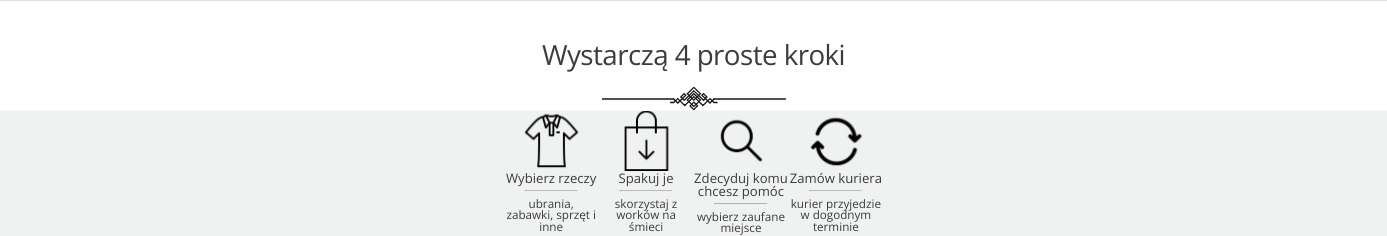
Repository: tomekwoojcik/oddam-w-dobre-rence
Page: /
An editor plug-in stored every save of this project. The page is shown before and after the next save, followed by the edit.
The browser window is 1280 px wide. The page is 1900 px wide, so the pictures cover 1900 px, including what lies to the right of the window. The pictures show the part of the page from y = 1347 to 2498 px (the page is 1670 px tall before and 2498 px after), at 73% of full size.
The project was rebuilt for these pictures with package versions that can differ from the ones it lists, and the page was loaded fresh each time. Also part of the build but not shown: src/pages/logIn/logIn.js, src/pages/register/register.js.

Above is the page before, as saved 2022-12-08 07:55:59.

### public/index.html
<!DOCTYPE html>
<html lang="en">
  <head>
    <meta charset="utf-8" />
    <link rel="icon" href="%PUBLIC_URL%/favicon.ico" />
    <meta name="viewport" content="width=device-width, initial-scale=1" />
    <meta name="theme-color" content="#000000" />
    <meta
      name="description"
      content="Web site created using create-react-app"
    />
    <link rel="apple-touch-icon" href="%PUBLIC_URL%/logo192.png" />
    <link rel="manifest" href="%PUBLIC_URL%/manifest.json" />
    <title>React App</title>
    <link rel="preconnect" href="https://fonts.googleapis.com">
    <link rel="preconnect" href="https://fonts.gstatic.com" crossorigin>
    <link
      href="https://fonts.googleapis.com/css2?family=Merriweather:ital,wght@0,300;0,400;0,700;0,900;1,300;1,400;1,700;1,900&family=Open+Sans:ital,wght@0,300;0,400;0,500;0,600;0,700;0,800;1,300;1,400;1,500;1,600;1,700;1,800&display=swap"
      rel="stylesheet">
  </head>
  <body>
    <div id="root"></div>
  </body>
</html>

### src/index.js
import React from 'react'
import ReactDOM from 'react-dom/client'
import './scss/main.scss'
import App from './App'
import reportWebVitals from './reportWebVitals'

const root = ReactDOM.createRoot(document.getElementById('root'))
root.render(
  <React.StrictMode>
    <App />
  </React.StrictMode>
)

// If you want to start measuring performance in your app, pass a function
// to log results (for example: reportWebVitals(console.log))
// or send to an analytics endpoint. Learn more: https://bit.ly/CRA-vitals
reportWebVitals()

### src/scss/main.scss
@import './reset';
@import './settings/colors';
@import './settings/fonts';
@import '../components/atoms/buttonsMenu/buttonsMenu';
@import '../components/molecules/navMenu/navMenu';
@import '../components/atoms/buttonsLoginLogout/buttonsLoginLogout';
@import '../components/molecules/navLoginLogout/navLoginLogout';
@import '../components/molecules/menu/menu';
@import '../components/atoms/photoInHeader/photoInHeader.scss';
@import '../components/organisms/header/header';
@import '../components/atoms/partTextInHeader/firstPartText';
@import '../components/molecules/rightPart/rightPart';
@import '../components/molecules/textInHeader/textInHeader';
@import '../components/atoms/decorationAssets/decorationAssets';
@import '../components/molecules/menuRightPartContext/menuRightPartContext';
@import '../components/atoms/buttonsInRightPartContext/buttonsInRightPartContext';
@import '../components/organisms/threeColumns/threeColumns';
@import '../pages/home/home';
@import '../components/molecules/oneColumn/oneColumn';
@import '../components/atoms/counterInColumn/counterInColumn';
@import '../components/atoms/titleInColumn/titleInColumn';
@import '../components/atoms/textInColumn/textInColumn';
@import '../components/atoms/simpleStepsTitle/simpleStepsTitle';
@import '../components/organisms/simpleSteps/simpleSteps';
@import '../components/atoms/simpleStepsColumn/simpleStepsColumn';
@import '../components/molecules/simpleStepsBar/simpleStepsBar';

* {
    font-family: $font-base;
}

### src/App.js
/* eslint-disable react/react-in-jsx-scope */
import { Outlet, Route, Routes } from 'react-router'
import { BrowserRouter } from 'react-router-dom'
import Home from './pages/home/home'
import './App.css'
import LogIn from './pages/logIn/logIn'
import Register from './pages/register/register'

function App () {
  return (
    <div className="App">
      <Outlet />
      <BrowserRouter>
        <Routes>
          <Route path='/' element={<Home />} />
          <Route path='logowanie' element={<LogIn />} />
          <Route path='rejestracja' element={<Register />} />
        </Routes>

      </BrowserRouter>
    </div>
  )
}

export default App

### src/scss/settings/_colors.scss
$white-color: #F0F1F1;
$mustard-color: #5E5322;
$strong-yellow-color: #FAD648;
$grey-color: #737373;
$black-color: #3C3C3C;

### src/components/atoms/buttonsMenu/_buttonsMenu.scss
@import '../../../scss/settings/fonts';
@import '../../../scss/settings/colors';

.buttonItem {
    .button {
        font-size: 18px;
        padding: 9px 20px;
        color: $black-color;
        text-decoration: none;
        font-family: $font-base;
        border: 0.75px solid white;
    }

    .button:hover{
        border: 0.75px solid $black-color;
    }
}

### src/components/molecules/navMenu/_navMenu.scss
@import '../../../scss/settings/fonts';
@import '../../../scss/settings/colors';

.buttonList {
    margin-top: 10px;
    display: flex;
    flex-direction: row;
    justify-content: flex-end;
    margin-right: 142px;
}

### src/components/atoms/buttonsLoginLogout/_buttonsLoginLogout.scss
@import '../../../scss/settings/fonts';
@import '../../../scss/settings/colors';

.buttonMenuItems {
    .buttonMenu {
        font-family: $font-base;
        font-size: 14px;
        text-decoration: none;
        color: $grey-color;
        padding: 9px 10px;
        margin-left: 20px;
        border: 0.75px solid white;
    }

    .buttonMenu:hover{
        border-color: $strong-yellow-color;
    }
}

### src/components/molecules/navLoginLogout/_navLoginLogout.scss
.buttonMenuList{
    display: flex;
    flex-direction: row;
    justify-content: flex-end;
    margin-right: 142px;
    margin-bottom: 60px;
}

### src/components/molecules/menu/_menu.scss
.menu {
    width: 100%;
    margin-top: 37px;
    flex-direction: column;
}

### src/components/atoms/photoInHeader/_photoInHeader.scss
.photoHeader {
    width: 885px;
    height: 963px;
}

### src/components/organisms/header/_header.scss
.header {
    display: flex;
    flex-direction: row;
    width: 1758px;
}

### src/components/atoms/partTextInHeader/_firstPartText.scss
@import '../../../scss/settings/fonts';
@import '../../../scss/settings/colors';

.textInHeader{
    font-family: $font-base;
    font-size: 38px;
    margin-bottom: 10px;
}

### src/components/molecules/rightPart/_rightPart.scss
.rightPartHeader{
    display: flex;
    flex-direction: column;
}

### src/components/molecules/textInHeader/_textInHeader.scss
.textIn{
    margin-top: 210px;
}

### src/components/atoms/decorationAssets/_decorationAssets.scss
.decorationAssets {
    width: 253px;
    height: 33px;
    align-self: center;
    margin-top: 25px;
}

### src/components/molecules/menuRightPartContext/_menuRightPartContext.scss
.menuRightPartContext{
    display: flex;
    flex-direction: row;
    justify-content: center;
    margin-top: 65px;
}

### src/components/atoms/buttonsInRightPartContext/_buttonsInRightPartContext.scss
@import '../../../scss/settings/fonts';
@import '../../../scss/settings/colors';
@import '../../../scss/settings/otherVariables';

.buttonItemMenuContext {
    width: 250px;
    border: $border;
    padding: 13px 51px;

    .buttonMenuContext {

        text-transform: uppercase;
        text-decoration: none;
        color: $black-color;
        font-size: 36px;
        letter-spacing: 0.76px;
        word-wrap: break-word;
        font-family: $font-base;
        font-weight: 300;
    }

}

.buttonItemMenuContext:nth-child(2) {
    margin-left: 44px;
}

### src/scss/settings/_otherVariables.scss
@import '../settings/colors';
@import '../settings/colors';

$border: 0.75px solid $black-color;

### src/components/organisms/threeColumns/_threeColumns.scss
.threeColumns{
    background: url(../../../assets/backGround.png) ;
    width: 100%;
    display: flex;
    flex-direction: row;
    justify-content: space-around;
}

### src/pages/home/_home.scss
.homePage{
    width: 1900px;
    margin: 0 auto;
}

### src/components/molecules/oneColumn/_oneColumn.scss
.oneColumn {
    display: flex;
    flex-direction: column;
    justify-content: center;
    width: 334px;
    height: 252px;
    padding-top: 46px;
    padding-bottom: 86px;

}

### src/components/atoms/counterInColumn/_counterInColumn.scss
@import '../../../scss/settings/fonts';
@import '../../../scss/settings/colors';
@import '../../../scss/settings/otherVariables';

.counterColumn{
    font-size: 90px;
    font-family: $font-base;
    color: $mustard-color;
    font-weight: 300;
}

### src/components/atoms/titleInColumn/_titleInColumn.scss
@import '../../../scss/settings/fonts';
@import '../../../scss/settings/colors';
@import '../../../scss/settings/otherVariables';

.titleColumn{
    text-transform: uppercase;
    font-size: 18px;
    font-family: $font-base;
    letter-spacing: -0.36px;
    color: $black-color;
    margin: 10px 0 28px 0;

}

### src/components/atoms/textInColumn/_textInColumn.scss
@import '../../../scss/settings/fonts';
@import '../../../scss/settings/colors';
@import '../../../scss/settings/otherVariables';


.textColumn{
    font-family: $font-alt;
    font-size: 16px;
    font-weight: lighter;
    color: $black-color;
    letter-spacing: -0.32px;
    line-height: 25px;
}

### src/components/atoms/simpleStepsTitle/_simpleStepsTitle.scss
@import '../../../scss/settings/fonts';
@import '../../../scss/settings/colors';
@import '../../../scss/settings/otherVariables';

.simpleStepsTitle {
    font-size: 38px;
    font-family: $font-base;
    letter-spacing: -0.76px;
    color: $black-color;
    font-weight: 300;
}

### src/components/organisms/simpleSteps/_simpleSteps.scss
.simpleSteps{
    margin-top: 55px;
}

### src/components/atoms/simpleStepsColumn/_simpleStepsColumn.scss
@import '../../../scss/settings/fonts';
@import '../../../scss/settings/colors';
@import '../../../scss/settings/otherVariables';

.simpleStepsColumn {
    width: 130px;
    height: 172px;

    .simpleStepsColumnImg {
        width: 83px;
        height: 83px;
    }

    .simpleStepsColumnTitle {
        font-family: $font-base;
        font-size: 18px;
        color: $black-color;
    }

    .simpleStepsColumnLine {
        color: $grey-color;
        width: 70px;
    }

    .simpleStepsColumnText {
        font-family: $font-base;
        font-size: 16px;
        color: $black-color;
    }
}

### src/components/molecules/simpleStepsBar/_simpleStepsBar.scss
@import '../../../scss/settings/fonts';
@import '../../../scss/settings/colors';
@import '../../../scss/settings/otherVariables';

.simpleStepsBar{
    display: flex;
    flex-direction: row;
    justify-content: center;
    background-color: $white-color;
}

### src/pages/home/home.js
import React from 'react'
import Header from '../../components/organisms/header/header'
import SimpleSteps from '../../components/organisms/simpleSteps/simpleSteps'
import ThreeColumns from '../../components/organisms/threeColumns/threeColumns'

const Home = () => {
  return (
    <div className='homePage'>
      <Header />
      <ThreeColumns />
      <SimpleSteps/>
    </div>
  )
}

export default Home

### src/components/organisms/header/header.js
import React from 'react'
import PhotoInHeader from '../../atoms/photoInHeader/photoInHeader'
import RightPart from '../../molecules/rightPart/rightPart'
const Header = () => {
  return (
    <header className='header'>
      <PhotoInHeader />
      <RightPart />
    </header>

  )
}

export default Header

### src/components/organisms/simpleSteps/simpleSteps.js
import React from 'react'
import SimpleStepsTitle from '../../atoms/simpleStepsTitle/simpleStepsTitle'
import DecorationAssets from '../../atoms/decorationAssets/decorationAssets'
import SimpleStepsBar from '../../molecules/simpleStepsBar/simpleStepsBar'

const SimpleSteps = () => {
  return (
    <div className='simpleSteps'>
          <SimpleStepsTitle text={'Wystarczą 4 proste kroki'} />
          <DecorationAssets />
          <SimpleStepsBar/>
    </div>
  )
}

export default SimpleSteps

### src/components/organisms/threeColumns/threeColumns.js
import React from 'react'
import OneColumn from '../../molecules/oneColumn/oneColumn'

const ThreeColumns = () => {
  return (
        <div className='threeColumns'>
          <OneColumn counter={'10'} title={'Oddanych worków'} text={'Lorem ipsum dolor sit amet, consectetur adipisc Pellentesque vel enim a elit viverra elementuma. Aliquam erat volutpat.'} />
          <OneColumn counter={'5'} title={'Wspartych organizacji'} text={'Lorem ipsum dolor sit amet, consectetur adipisc Pellentesque vel enim a elit viverra elementuma. Aliquam erat volutpat.'} />
          <OneColumn counter={'7'} title={'Zorganizowanych zbiórek'} text={'Lorem ipsum dolor sit amet, consectetur adipisc Pellentesque vel enim a elit viverra elementuma. Aliquam erat volutpat.'} />
        </div>
  )
}

export default ThreeColumns

### src/components/atoms/photoInHeader/photoInHeader.js
import React from 'react'
import Image from '../../../assets/Home-Hero-Image.jpg'

const PhotoInHeader = () => {
  return (
    <img className='photoHeader' src={Image} />
  )
}

export default PhotoInHeader

### src/components/molecules/rightPart/rightPart.js
import React from 'react'
import Menu from '../menu/menu'
import RightPartContext from '../rightPartContext/rightPartContext'

const RightPart = () => {
  return (
    <div className='rightPartHeader'>
      <Menu />
      <RightPartContext />
    </div>
  )
}

export default RightPart

### src/components/atoms/simpleStepsTitle/simpleStepsTitle.js
/* eslint-disable react/prop-types */
import React from 'react'

const SimpleStepsTitle = ({ text }) => {
  return (
        <h4 className='simpleStepsTitle'>{text}</h4>
  )
}

export default SimpleStepsTitle

### src/components/atoms/decorationAssets/decorationAssets.js
import React from 'react'
import DecoratorImage from '../../../assets/Decoration.svg'
const DecorationAssets = () => {
  return (
        <img className="decorationAssets" src={DecoratorImage} />
  )
}

export default DecorationAssets

### src/components/molecules/simpleStepsBar/simpleStepsBar.js
import React from 'react'
import SimpleStepsColumn from '../../atoms/simpleStepsColumn/simpleStepsColumn'
import IconOne from '../../../assets/Icon-1.svg'
import IconSec from '../../../assets/Icon-2.svg'
import IconThr from '../../../assets/Icon-3.svg'
import IconFou from '../../../assets/Icon-4.svg'

const SimpleStepsBar = () => {
  return (
        <div className='simpleStepsBar'>
          <SimpleStepsColumn source={IconOne} simpleStepsColumnTitle={'Wybierz rzeczy'} simpleStepsColumnText={'ubrania, zabawki, sprzęt i inne'} />
          <SimpleStepsColumn source={IconSec} simpleStepsColumnTitle={'Spakuj je'} simpleStepsColumnText={'skorzystaj z worków na śmieci'} />
          <SimpleStepsColumn source={IconThr} simpleStepsColumnTitle={'Zdecyduj komu chcesz pomóc'} simpleStepsColumnText={'wybierz zaufane miejsce'} />
          <SimpleStepsColumn source={IconFou} simpleStepsColumnTitle={'Zamów kuriera'} simpleStepsColumnText={'kurier przyjedzie w dogodnym terminie'} />
        </div>
  )
}

export default SimpleStepsBar

### src/components/molecules/oneColumn/oneColumn.js
/* eslint-disable react/prop-types */
import React from 'react'
import CounterInColumn from '../../atoms/counterInColumn/counterInColumn'
import TextInColumn from '../../atoms/textInColumn/textInColumn'
import TitleInColumn from '../../atoms/titleInColumn/titleInColumn'

const OneColumn = ({ counter, title, text }) => {
  return (
        <div className='oneColumn'>
            <CounterInColumn counterColumn={counter} />
            <TitleInColumn titleColumn={title} />
            <TextInColumn textColumn={text} />
        </div>
  )
}

export default OneColumn

### src/components/molecules/menu/menu.js
import React from 'react'
import NavLoginLogout from '../navLoginLogout/navLoginLogout'
import NavMenu from '../navMenu/navMenu'

const Menu = () => {
  return (
    <div className='menu'>
      <NavLoginLogout />
      <NavMenu />
    </div>
  )
}

export default Menu

### src/components/molecules/rightPartContext/rightPartContext.js
import React from 'react'
import DecorationAssets from '../../atoms/decorationAssets/decorationAssets'
import MenuRightPartContext from '../menuRightPartContext/menuRightPartContext'
import TextInHeader from '../textInHeader/textInHeader'

const RightPartContext = () => {
  return (
      <div className='rightPartContext'>
          <TextInHeader />
          <DecorationAssets />
          <MenuRightPartContext/>
        </div>
  )
}

export default RightPartContext

### src/components/atoms/simpleStepsColumn/simpleStepsColumn.js
/* eslint-disable react/prop-types */
import React from 'react'

const SimpleStepsColumn = ({ source, simpleStepsColumnTitle, simpleStepsColumnText }) => {
  return (
    <div className='simpleStepsColumn'>
          <img className='simpleStepsColumnImg' src={source} />
          <h4 className='simpleStepsColumnTitle' >{simpleStepsColumnTitle}</h4>
          <hr className='simpleStepsColumnLine' />
          <p className='simpleStepsColumnText'>{simpleStepsColumnText}</p>
    </div>
  )
}

export default SimpleStepsColumn

### src/components/atoms/counterInColumn/counterInColumn.js
/* eslint-disable react/prop-types */
import React from 'react'

const CounterInColumn = ({ counterColumn }) => {
  return (
    <h3 className='counterColumn'>{counterColumn}</h3>
  )
}

export default CounterInColumn

### src/components/atoms/textInColumn/textInColumn.js
/* eslint-disable react/prop-types */
import React from 'react'

const TextInColumn = ({ textColumn }) => {
  return (
      <p className='textColumn'>{ textColumn }</p>
  )
}

export default TextInColumn

### src/components/atoms/titleInColumn/titleInColumn.js
/* eslint-disable react/prop-types */
import React from 'react'

const TitleInColumn = ({ titleColumn }) => {
  return (
      <h4 className='titleColumn'>{titleColumn}</h4>
  )
}

export default TitleInColumn

### src/components/molecules/navLoginLogout/navLoginLogout.js
import React from 'react'
import ButtonsLoginLogout from '../../atoms/buttonsLoginLogout/buttonsLoginLogout'

const NavLoginLogout = () => {
  return (
        <ul className='buttonMenuList'>
          <ButtonsLoginLogout source={'logowanie'} buttonName={'Zaloguj'} />
          <ButtonsLoginLogout source={'rejestracja'} buttonName={'Załóź konto'} />
        </ul>
  )
}

export default NavLoginLogout

### src/components/molecules/navMenu/navMenu.js
import React from 'react'
import ButtonsMenu from '../../atoms/buttonsMenu/buttonsMenu'

const NavMenu = () => {
  return (
        <ul className='buttonList'>
          <ButtonsMenu source={'/'} linkName={'Start'} />
          <ButtonsMenu source={'/'} linkName={'O co chodzi?'} />
          <ButtonsMenu source={'/'} linkName={'O nas'} />
          <ButtonsMenu source={'/'} linkName={'Fundacje i organizacje'} />
          <ButtonsMenu source={'/'} linkName={'Kontakt'} />
        </ul>
  )
}

export default NavMenu

### src/components/molecules/menuRightPartContext/menuRightPartContext.js
import React from 'react'
import ButtonsInRightPartContext from '../../atoms/buttonsInRightPartContext/buttonsInRightPartContext'

const MenuRightPartContext = () => {
  return (
      <ul className='menuRightPartContext'>
      <ButtonsInRightPartContext source={'#'} buttonName={'Oddaj rzeczy'} />
      <ButtonsInRightPartContext source={'#'} buttonName={'Zorganizuj zbiórke'} />
    </ul>
  )
}

export default MenuRightPartContext

### src/components/molecules/textInHeader/textInHeader.js
import React from 'react'
import FirstPartText from '../../atoms/partTextInHeader/firstPartText'

const TextInHeader = () => {
  return (
        <div className='textIn'>
          <FirstPartText textHeader={'Zacznij pomagać!'} />
          <FirstPartText textHeader={'Oddaj niechciane rzeczy w zaufane ręce'} />
        </div>
  )
}

export default TextInHeader

### src/components/atoms/buttonsLoginLogout/buttonsLoginLogout.js
/* eslint-disable react/prop-types */
import React from 'react'
import { NavLink } from 'react-router-dom'

const ButtonsLoginLogout = ({ source, buttonName }) => {
  return (
        <li className='buttonMenuItems'><NavLink className='buttonMenu' to={source}>{buttonName}</NavLink></li>
  )
}

export default ButtonsLoginLogout

### src/components/atoms/buttonsMenu/buttonsMenu.js
import React from 'react'
import { NavLink } from 'react-router-dom'

// eslint-disable-next-line react/prop-types
const ButtonsMenu = ({ source, linkName }) => {
  return (
        <li className='buttonItem'><NavLink className="button" to={source}>{linkName}</NavLink></li>
  )
}

export default ButtonsMenu

### src/components/atoms/buttonsInRightPartContext/buttonsInRightPartContext.js
import React from 'react'
import { NavLink } from 'react-router-dom'

// eslint-disable-next-line react/prop-types
const ButtonsInRightPartContext = ({ source, buttonName }) => {
  return (
    <li className='buttonItemMenuContext'><NavLink className='buttonMenuContext' to={source}>{buttonName}</NavLink></li>
  )
}

export default ButtonsInRightPartContext

### src/components/atoms/partTextInHeader/firstPartText.js
import React from 'react'

// eslint-disable-next-line react/prop-types
const FirstPartText = ({ textHeader }) => {
  return (
    <h3 className='textInHeader'>{textHeader}</h3>
  )
}

export default FirstPartText

Loaded but not shown: src/reportWebVitals.js (common file); src/scss/_reset.scss (common file); src/scss/settings/_fonts.scss (common file); src/App.css (common file)

After the next save:
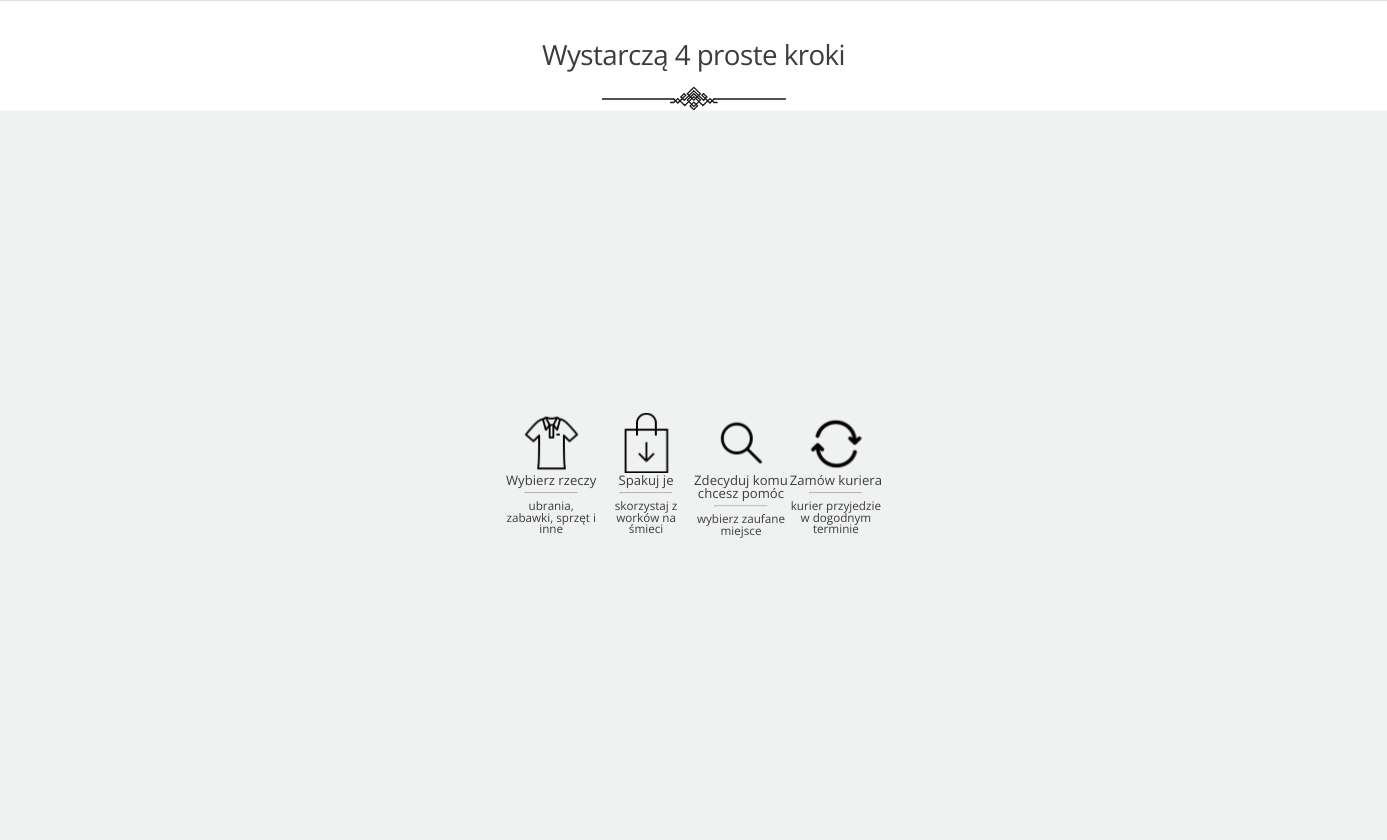
Saved 2 min 11 s later.
--- a/src/components/molecules/simpleStepsBar/_simpleStepsBar.scss
+++ b/src/components/molecules/simpleStepsBar/_simpleStepsBar.scss
@@ -7,4 +7,5 @@
     flex-direction: row;
     justify-content: center;
     background-color: $white-color;
+    padding: 414px ;
 }
